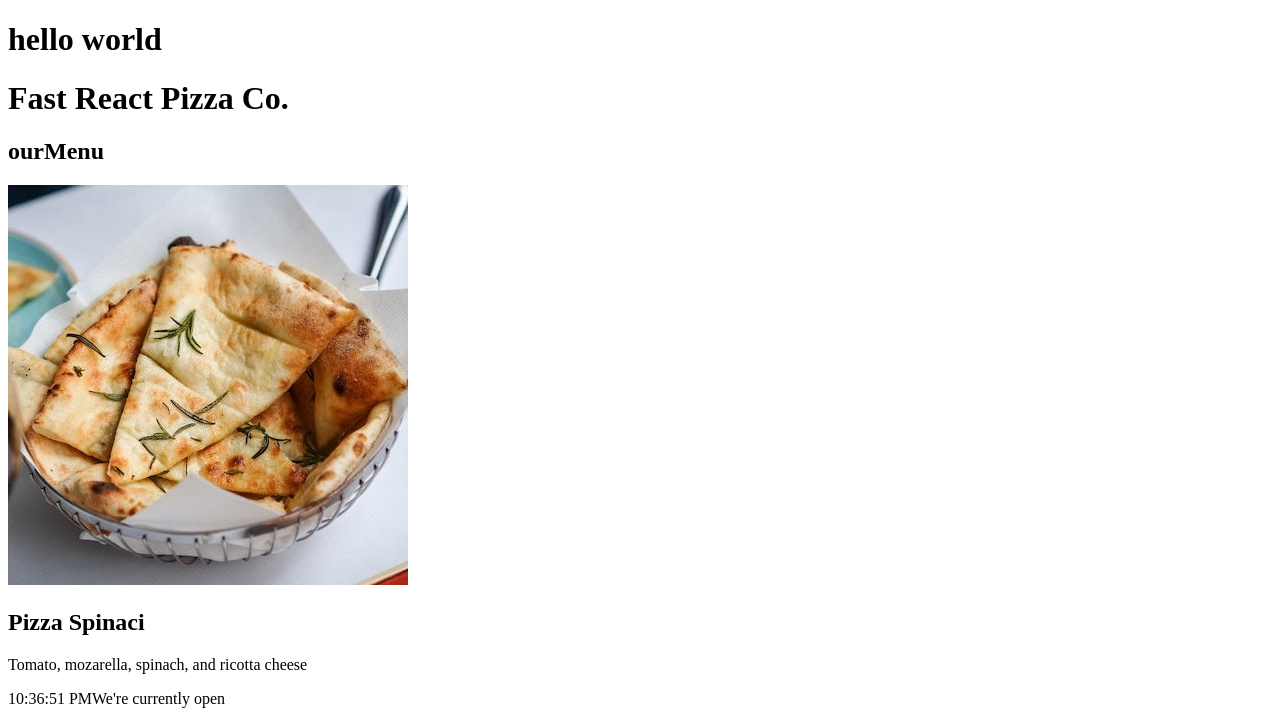
Repository: DhaWork/1-react-dasar-udemy-25
Page: /
These files come from the project's save history. The page is drawn as it stood at one moment and after a run of saves; the edit follows.
The browser window is 1280 px wide. The pictures show the whole page.
The project was rebuilt for these pictures with package versions that can differ from the ones it lists, and the page was loaded fresh each time.

Above is the page before, as saved 2025-04-02 11:47:28.

After the next 2 saves:
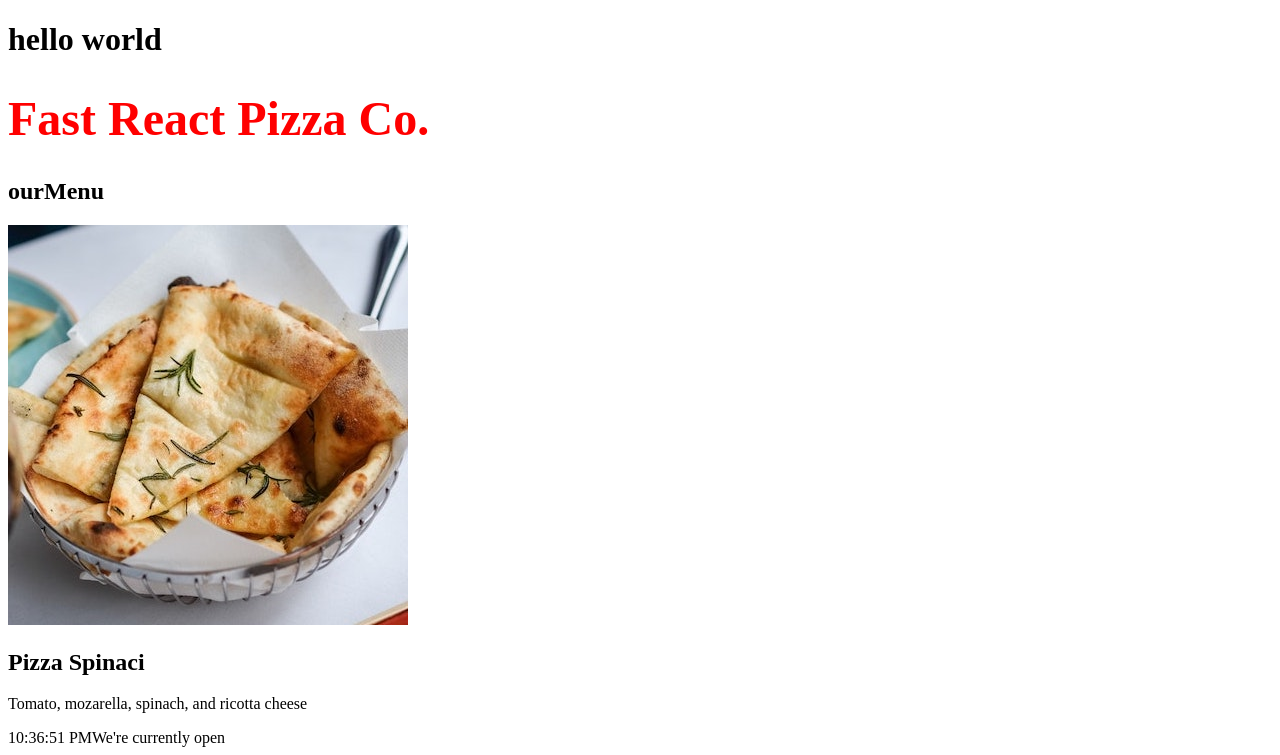
The 2 saves are shown as one change because they came seconds apart.
The last was saved 9 s later.
--- a/src/index.js
+++ b/src/index.js
@@ -62,7 +62,7 @@ function Header() {
 
   return (
     // <header className="header">
-      <h1>Fast React Pizza Co.</h1>
+      <h1 style={style}>Fast React Pizza Co.</h1>
     // </header>
   );
 }
